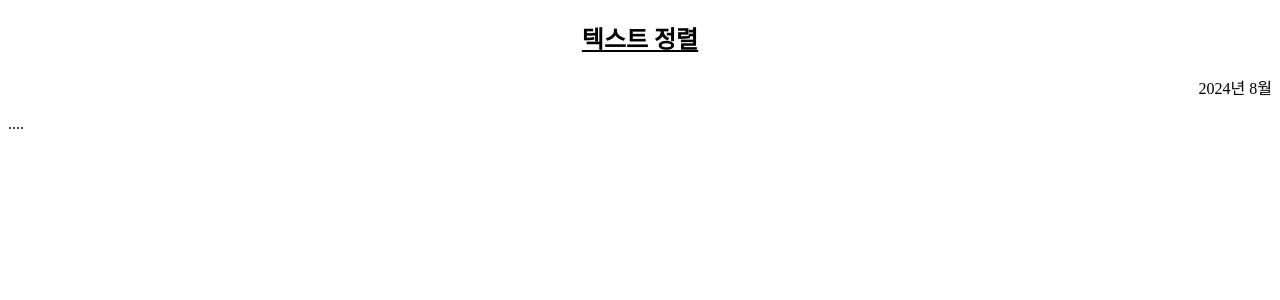
Repository: yeosong-SMU/Java-Fulls-tack
Page: html/src/main/webapp/ch02/align.html
An editor plug-in stored every save of this project. The page is shown before and after the next save, followed by the edit.
The browser window is 1280 px wide. The pictures show the whole page.

Above is the page before, as saved 2025-04-02 00:46:43.

After the next save:
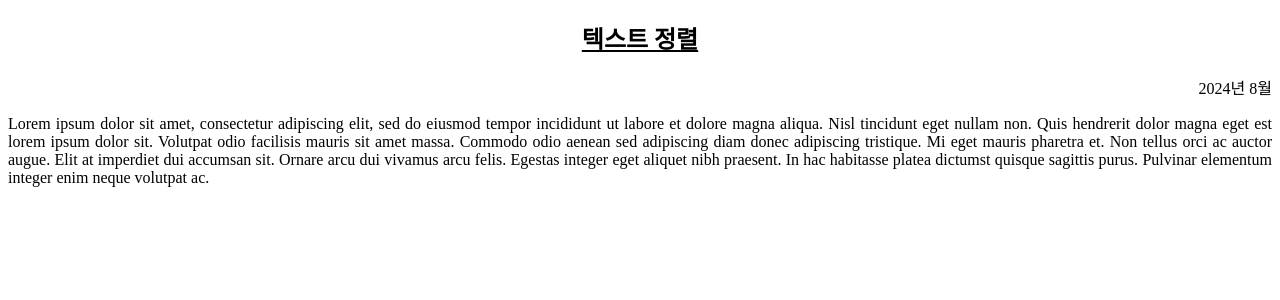
Saved 7 min 43 s later.
--- a/html/src/main/webapp/ch02/align.html
+++ b/html/src/main/webapp/ch02/align.html
@@ -21,6 +21,6 @@
 <body>
 <h2>텍스트 정렬</h2>
 <p class="date">2024년 8월</p>
-<p class="main">....</p>
+<p class="main">Lorem ipsum dolor sit amet, consectetur adipiscing elit, sed do eiusmod tempor incididunt ut labore et dolore magna aliqua. Nisl tincidunt eget nullam non. Quis hendrerit dolor magna eget est lorem ipsum dolor sit. Volutpat odio facilisis mauris sit amet massa. Commodo odio aenean sed adipiscing diam donec adipiscing tristique. Mi eget mauris pharetra et. Non tellus orci ac auctor augue. Elit at imperdiet dui accumsan sit. Ornare arcu dui vivamus arcu felis. Egestas integer eget aliquet nibh praesent. In hac habitasse platea dictumst quisque sagittis purus. Pulvinar elementum integer enim neque volutpat ac.</p>
 </body>
 </html>
